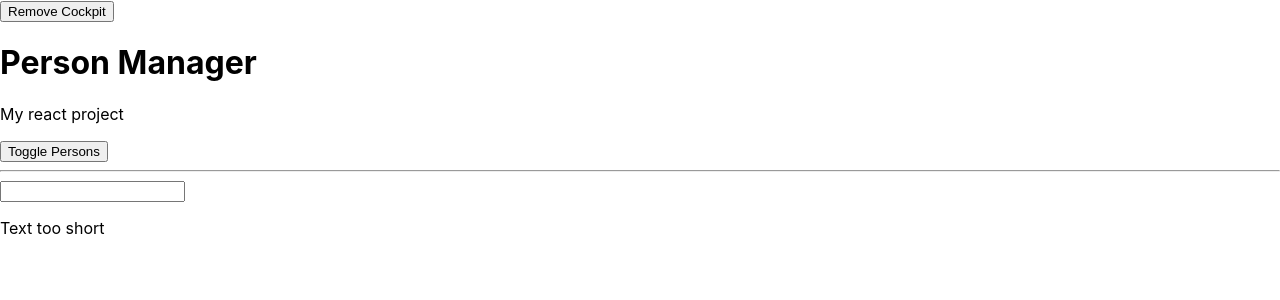
Repository: chrisbriz/myreactapp
Page: /
An editor plug-in stored every save of this project. The page is shown before and after the next save, followed by the edit.
The browser window is 1280 px wide. The pictures show the whole page.
The project was rebuilt for these pictures with package versions that can differ from the ones it lists, and the page was loaded fresh each time. Also part of the build but not shown: src/Containers/App.css, src/Components/Char.js, src/Components/Persons/Person/Person.css, src/Components/Persons/Person/Person.js, src/Components/Persons/Persons.js, src/Components/Cockpit/Cockpit.css, src/HOC/withClass.js.

Above is the page before, as saved 2019-02-18 11:01:56.

### src/index.js
import React from 'react';
import ReactDOM from 'react-dom';
import './index.css';
import App from './Containers/App';
import * as serviceWorker from './serviceWorker';

ReactDOM.render(<App appTitle="Person Manager"/>, document.getElementById('root'));

// If you want your app to work offline and load faster, you can change
// unregister() to register() below. Note this comes with some pitfalls.
// Learn more about service workers: http://bit.ly/CRA-PWA
serviceWorker.unregister();

### src/Containers/App.js
import React, { Component } from 'react';
import classes from './App.css';
import Validation from '../Components/Validation';
import Char from '../Components/Char';
import Persons from '../Components/Persons/Persons';
import Cockpit from '../Components/Cockpit/Cockpit';
import WithCLass from '../HOC/WithClass';


class App extends Component {

  constructor(props) {
    super(props);
    console.log('[App.js] constructor');
  }

  //state = component internal data, data source
  state = {
    persons: [
      { id: '1', name: 'Anna', age: '32' },
      { id: '2', name: 'Nova', age: '1' },
      { id: '3', name: 'Chris', age: '33' }
    ],
    showPersons: false,
    userInput: '',
    showCockpit: true
  }

  static getDerivedStateFromProps(props, state) {
    console.log('[App.js] getDerivedStateFromProps', props)
    return state;
  }

  //IMPORTANT LIFECYCLE HOOK
  componentDidMount() {
    console.log('[App.js] componentDidMount');
  }

  //IMPORTANT LIFECYCLE HOOK
  shouldComponentUpdate(nextProps, nextState) {
    console.log('[App-js] shouldComponentUpdate');
    return true;
  }

  //IMPORTANT LIFECYCLE HOOK
  componentDidUpdate() {
    console.log('[App-js] componentDidUpdate');
  }

  inputChangeHandler = (event) => {
    this.setState({ userInput: event.target.value })
  }

  deleteCharHandler = (index) => {
    const text = this.state.userInput.split('');
    text.splice(index, 1);
    const updatedText = text.join('');
    this.setState({ userInput: updatedText });
  }

  nameChangedHandler = (event, id) => {
    const personIndex = this.state.persons.findIndex(p => {
      return p.id === id;
    });

    const person = {
      ...this.state.persons[personIndex]
    };

    person.name = event.target.value;

    const persons = [...this.state.persons];
    persons[personIndex] = person;

    this.setState({ persons: persons })
  }

  deletePersonHandler = (personIndex) => {
    // const persons = this.state.persons.slice();
    /*spread operator = spreads le element of the initial array into a new array
    we now manipulate a copy of the original state (mutating the state directly is bad practice)
    then updating the state*/
    const persons = [...this.state.persons];
    persons.splice(personIndex, 1);
    this.setState({ persons: persons });
  }

  togglePersonsHandler = () => {
    const doesShow = this.state.showPersons;
    this.setState({ showPersons: !doesShow });
  }

  render() {
    console.log('[App.js] render')

    const charList = this.state.userInput.split('').map((ch, index) => {
      return <Char
        character={ch}
        key={index}
        clicked={() => this.deleteCharHandler(index)} />;
    });

    let persons = null;

    if (this.state.showPersons) {
      persons =
        <Persons
          persons={this.state.persons}
          clicked={this.deletePersonHandler}
          changed={this.nameChangedHandler} />
    }

    return (
      <WithCLass classes={classes.App}>
        <button
          onClick={() => {
            this.setState({ showCockpit: false });
          }}>
          Remove Cockpit
        </button>
        {this.state.showCockpit ? (
          <Cockpit
            title={this.props.appTitle}
            showPersons={this.state.showPersons}
            personsLength={this.state.persons.length}
            clicked={this.togglePersonsHandler}
          />
        ) : null}
        {persons}
        <hr />
        <input
          type="text"
          onChange={this.inputChangeHandler}
          value={this.state.userInput} />
        <p>{this.state.userInput}</p>
        <Validation inputLength={this.state.userInput.length} />
        {charList}
      </WithCLass>
    );
  }
}

export default App;

### src/Components/Validation.js
import React from 'react';

const validation = (props) => {
    let validationMessage = 'Text long enough';

    if(props.inputLength <= 5){
        validationMessage ='Text too short';
    }

    return (
        <div>
            <div>{validationMessage}</div>
        </div>
    );
};

export default validation;

### src/Components/Cockpit/Cockpit.js
import React, { useEffect } from 'react';
import classes from './Cockpit.css';

const cockpit = (props) => {
    useEffect(() => {
        console.log('[Cockpit.js] useEffect');
        //HTTP request...
        setTimeout(() => {
            alert('Saved data to the cloud');
        }, 1000);
        return () => {
            console.log('[Cockpit.js] clean up work in useEffect');
        };
    }, []);

    const assignedClasses = [];
    let btnClass = '';
    if (props.showPersons) {
        btnClass = classes.Red;
    }
    if (props.personsLength <= 2) {
        assignedClasses.push(classes.red);
    }
    if (props.personsLength <= 1) {
        assignedClasses.push(classes.bold);
    }

    return (
        <div className={classes.Cockpit}>
            <h1>{props.title}</h1>
            <p className={assignedClasses.join(' ')}>My react project</p>
            <button
                className={btnClass}
                onClick={props.clicked}>Toggle Persons</button>
        </div>
    );

};

export default React.memo(cockpit);

### src/HOC/WithClass.js
import React from 'react';

const withClass = props => (
    <div className={props.classes}>
        {props.children}
    </div>
)

export default withClass;

Loaded but not shown: public/index.html (common file); src/index.css (common file); src/serviceWorker.js (common file); src/HOC/Auxiliary.js (common file)

After the next save:
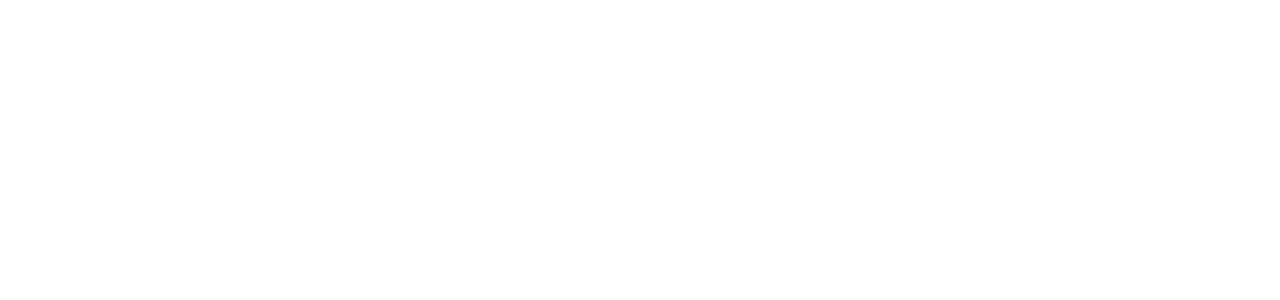
Console error: ReferenceError: props is not defined
Saved 3 min 1 s later.
--- a/src/HOC/WithClass.js
+++ b/src/HOC/WithClass.js
@@ -1,6 +1,6 @@
 import React from 'react';
 
-const withClass = props => (
+const withClass = (WrappedComponent) => (
     <div className={props.classes}>
         {props.children}
     </div>

After the 2 saves that followed:
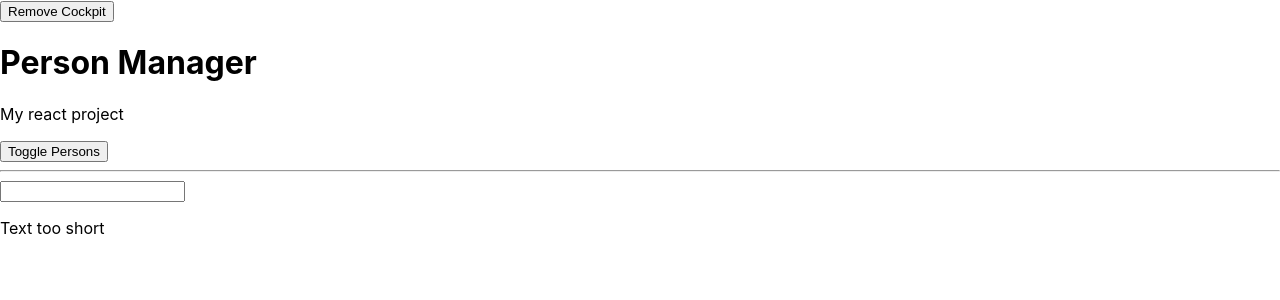
The error is gone.
The 2 saves are shown as one change because 1 left the picture as it was.
The last was saved 4 min 17 s later.
--- a/src/Containers/App.js
+++ b/src/Containers/App.js
@@ -4,7 +4,8 @@
 import Char from '../Components/Char';
 import Persons from '../Components/Persons/Persons';
 import Cockpit from '../Components/Cockpit/Cockpit';
-import WithCLass from '../HOC/WithClass';
+import withCLass from '../HOC/withClass';
+import Auxiliary from '../HOC/Auxiliary';
 
 
 class App extends Component {
@@ -111,7 +112,7 @@
     }
 
     return (
-      <WithCLass classes={classes.App}>
+      <Auxiliary>
         <button
           onClick={() => {
             this.setState({ showCockpit: false });
@@ -135,7 +136,7 @@
         <p>{this.state.userInput}</p>
         <Validation inputLength={this.state.userInput.length} />
         {charList}
-      </WithCLass>
+      </Auxiliary>
     );
   }
 }
--- a/src/HOC/WithClass.js
+++ b/src/HOC/WithClass.js
@@ -1,9 +1,11 @@
 import React from 'react';
 
-const withClass = (WrappedComponent) => (
-    <div className={props.classes}>
-        {props.children}
-    </div>
-)
+const withClass = (WrappedComponent, className) => {
+    return props => (
+        <div className={className}>
+            <WrappedComponent />
+        </div>
+    );
+};
 
 export default withClass;
